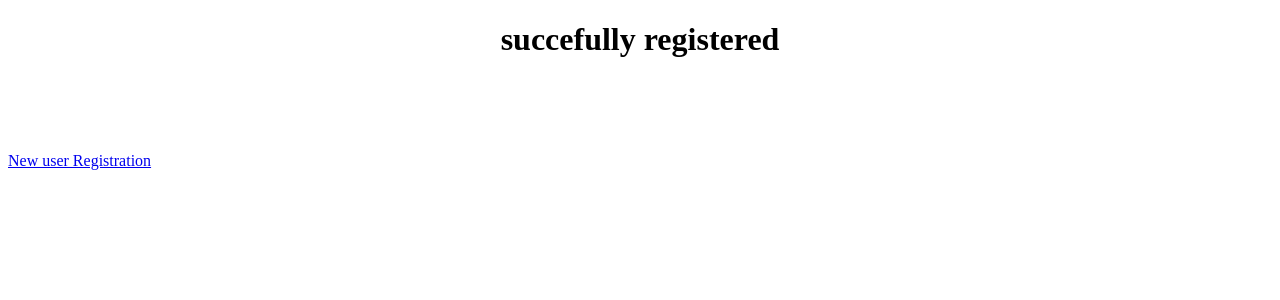
Repository: AbubakarShaik/Java_J2EE_Project
Page: com.testprojectServlet/WebContent/index.html
The author's editor kept a copy of each file at every save. The page is drawn from the files as they stood at one save, then again after the next save.
The browser window is 1280 px wide. The pictures show the whole page.

Above is the page before, as saved 2016-12-21 09:21:37.

After the next save:
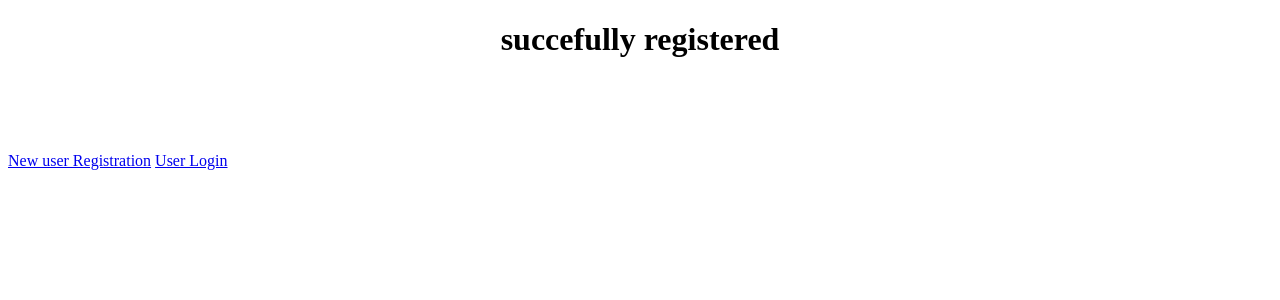
Saved 2 min 4 s later.
--- a/com.testprojectServlet/WebContent/index.html
+++ b/com.testprojectServlet/WebContent/index.html
@@ -15,5 +15,6 @@
 </br>
 
 <a href="Registration.jsp"> New user Registration</a>
+<a href="login.jsp"> User Login</a>
 </body>
 </html>
